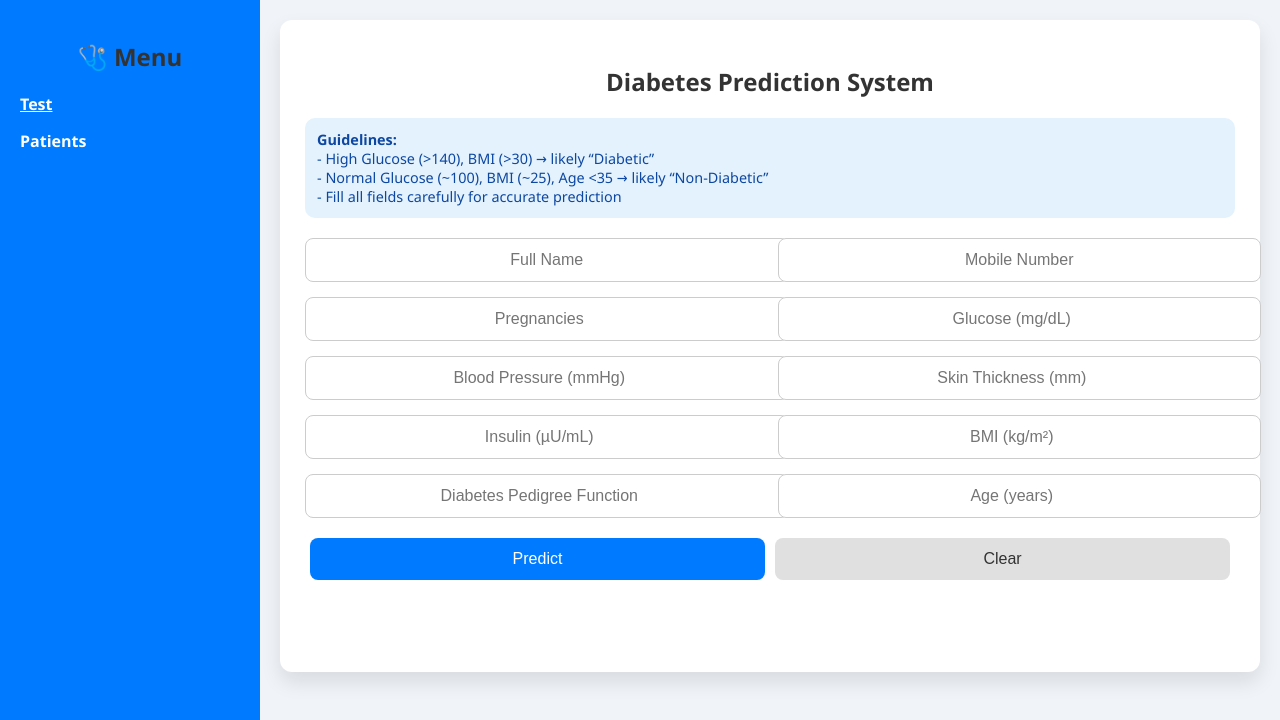
Repository: Aman14150/diabetes-prediction-system
Page: http://localhost/
An editor plug-in stored every save of this project. The page is shown before and after a run of saves, followed by the edit.
The browser window is 1280 px wide. The pictures show the whole page.
The page is served by the project's application, run on Flask 3 (app.py).

Above is the page before, as saved 2025-10-07 19:41:56.

After the next 2 saves:
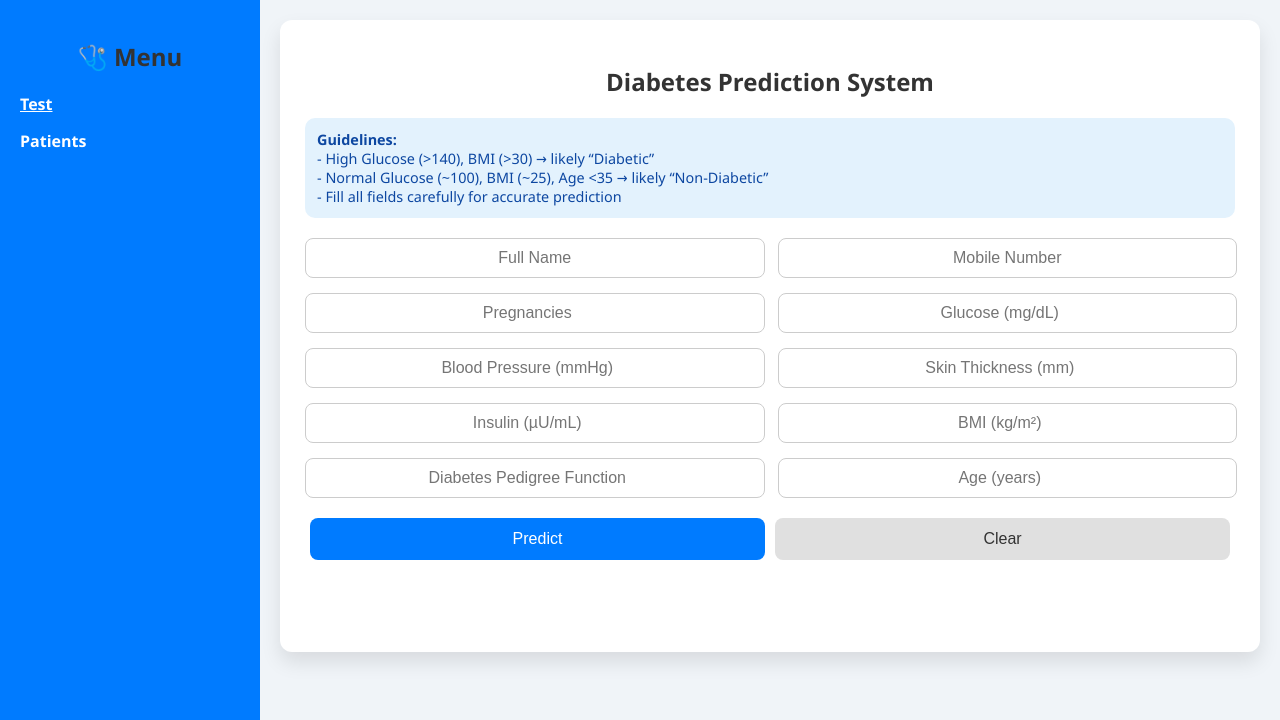
The 2 saves are shown as one change because they came seconds apart.
The last was saved 92 s later.
--- a/static/style.css
+++ b/static/style.css
@@ -76,7 +76,7 @@ form {
 
 input {
     width: 100%;
-    padding: 12px;
+    padding: 10px 0px;
     border-radius: 8px;
     border: 1px solid #ccc;
     font-size: 1rem;
